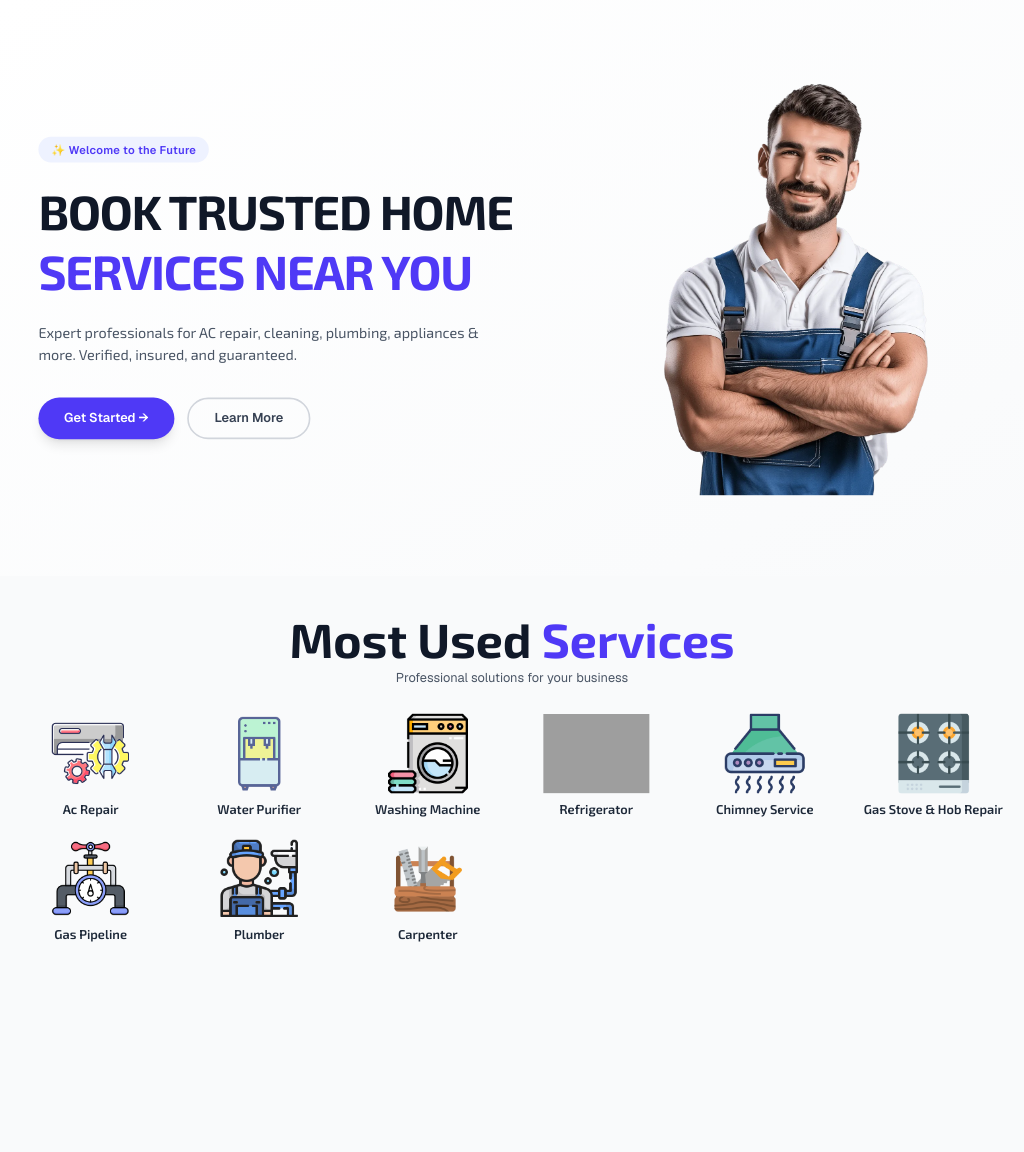
Repository: deepak445566/repai
Page: / (app in repair/)
These files come from the project's save history. The page is drawn as it stood at one moment and after the next save; the edit follows.
The browser window is 1280 px wide. The pictures show the whole page, at 80% of full size.
Pictures or frames that could not be fetched are drawn as grey boxes. The project was rebuilt for these pictures with package versions that can differ from the ones it lists, and the page was loaded fresh each time. The framework's server and built-in components were replaced by stand-ins that run in the browser. Also part of the build but not shown: repair/next.config.mjs.

Above is the page before, as saved 2026-04-15 13:06:27.

After the next save:
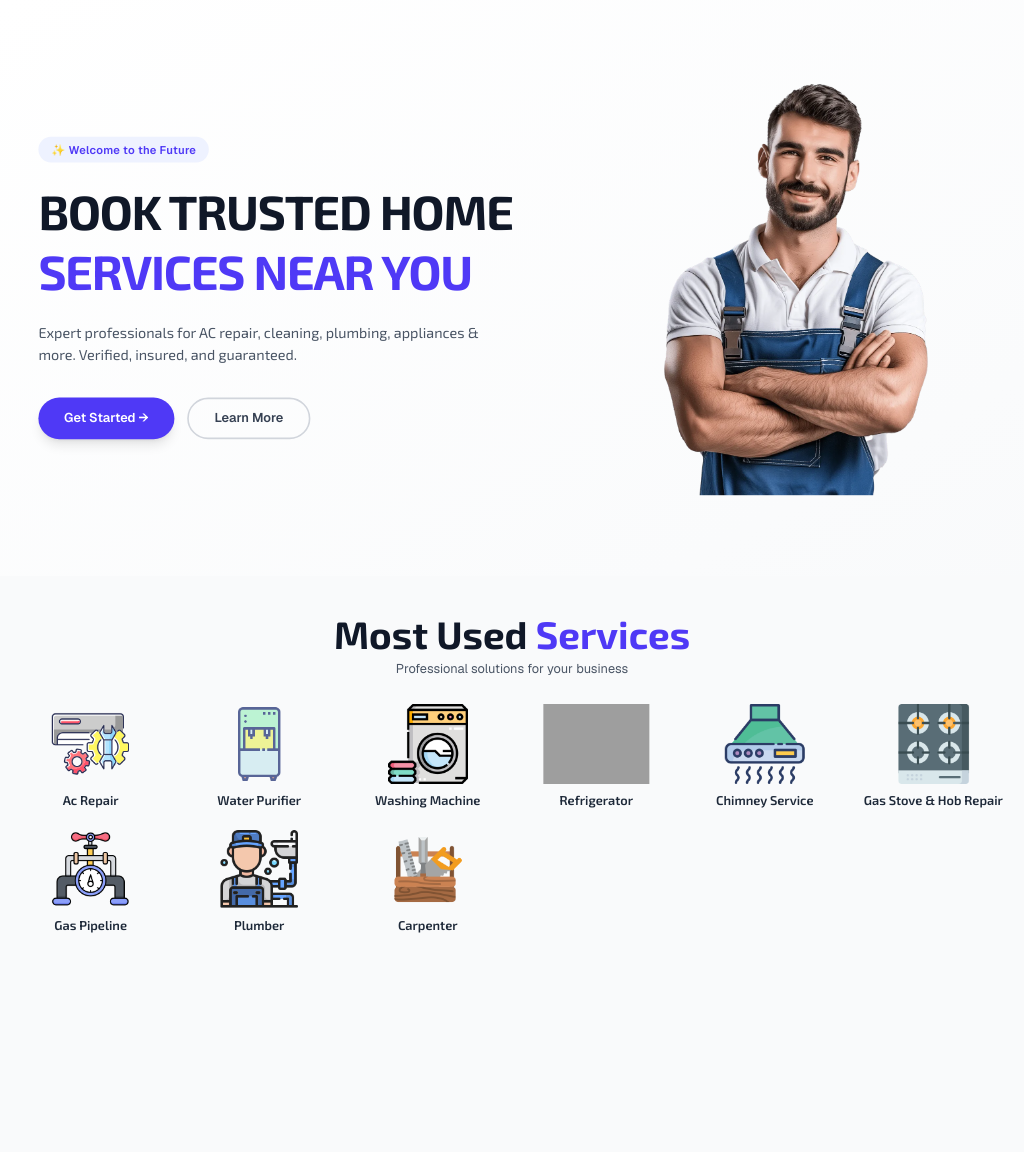
Saved 4 s later.
--- a/repair/src/components/Service.jsx
+++ b/repair/src/components/Service.jsx
@@ -19,7 +19,7 @@
 
         {/* Header */}
         <div className="text-center mb-8">
-          <h2 className="text-3xl sm:text-6xl font-bold text-gray-900 mb-2 exo">
+          <h2 className="text-3xl sm:text-5xl font-bold text-gray-900 mb-2 exo">
             Most Used <span className="text-indigo-600">Services</span>
           </h2>
           <p className="text-gray-600 text-sm sm:text-base">
